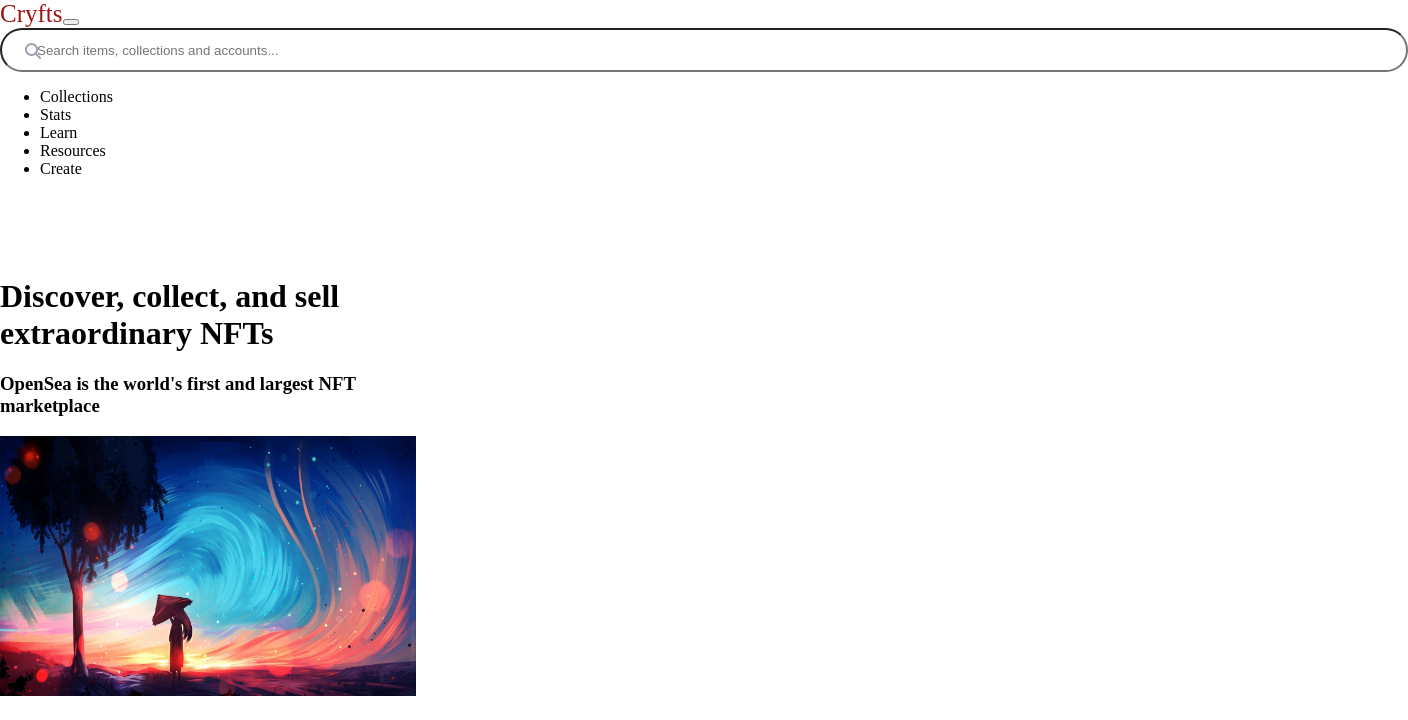
Repository: Huzaifa-2609/opensea_project
Page: /
These files come from the project's save history. The page is drawn as it stood at one moment and after the next save; the edit follows.
The browser window is 1280 px wide. The page is 1408 px wide, so the pictures cover 1408 px, including what lies to the right of the window. The pictures show the whole page.
Some web libraries are served in a nearby version. The project was rebuilt for these pictures with package versions that can differ from the ones it lists, and the page was loaded fresh each time. The framework's server and built-in components were replaced by stand-ins that run in the browser. Also part of the build but not shown: next.config.js, styles/Home.module.css.

Above is the page before, as saved 2022-07-09 17:58:12.

### pages/_app.js
import Navbar from '../components/Navbar'
import '../styles/globals.css'
import Head from "next/head"
import Script from 'next/script'
import "../styles/hero.css"
function MyApp({ Component, pageProps }) {
  return(
    <>
    <Script src="https://kit.fontawesome.com/30bda3e318.js" crossorigin="anonymous"></Script>
    <Script src="https://cdn.jsdelivr.net/npm/bootstrap@5.2.0-beta1/dist/js/bootstrap.bundle.min.js" integrity="sha384-pprn3073KE6tl6bjs2QrFaJGz5/SUsLqktiwsUTF55Jfv3qYSDhgCecCxMW52nD2" crossOrigin="anonymous"></Script>
    <Navbar title={"Cryfts"}/>
  <Component {...pageProps} />
  </>
  )
}

export default MyApp

### pages/_document.js
import { Html, Head, Main, NextScript } from 'next/document'

export default function Document() {
  return (
    <Html>
      <Head>
      <link href="https://cdn.jsdelivr.net/npm/bootstrap@5.2.0-beta1/dist/css/bootstrap.min.css" rel="stylesheet" integrity="sha384-0evHe/X+R7YkIZDRvuzKMRqM+OrBnVFBL6DOitfPri4tjfHxaWutUpFmBp4vmVor" crossOrigin="anonymous"/>
      </Head>
      <body>
        <Main />
        <NextScript />
      </body>
    </Html>
  )
}

### pages/index.js
import Head from 'next/head'
import Image from 'next/image'
import Hero from '../components/Hero'
import styles from '../styles/Home.module.css'

export default function Home() {
  return (
    <>
    <div>
      <Head>
        <title>Create Next App</title>
        <meta name="description" content="Generated by create next app" />
        <link rel="icon" href="/favicon.ico" />
      </Head>
         </div>
      <Hero/>
      </>
  )
}

### components/Navbar.js
import React from 'react'
import Link from 'next/link'
import { useRouter } from 'next/router'
const Navbar = (props) => {
  const location=useRouter();
  return (
    <div>
      <nav className="navbar shadow-sm fixed-top navbar-expand-lg navbar-light">
  <div className="container-fluid">
    <a className="navbar-brand text-color fw-bolder ml-2" href="/">{props.title}</a>
    <button className="navbar-toggler" type="button" data-bs-toggle="collapse" data-bs-target="#navbarSupportedContent" aria-controls="navbarSupportedContent" aria-expanded="false" aria-label="Toggle navigation">
      <span className="navbar-toggler-icon"></span>
    </button>

    <div className="collapse navbar-collapse" style={{width:"50%"}} id="navbarSupportedContent">

            <div className="row height d-flex justify-content-center align-items-center">

                <div className="form">
                  <i className="fa fa-search"></i>
                  <input type="text" className="form-control form-input" placeholder="Search items, collections and accounts..."/>
                </div>

            </div>


      <ul className="navbar-nav gap-4 m-auto mb-2 mb-lg-0 fw-bold" style={location.pathname==="/signup"?{visibility:"hidden"}:{}}>
      <li className="nav-item">
          <Link href="/collections/0x7132e1d414161A232c2027aE6C66D7914649bA66"><a className="nav-link " aria-current="page" >Collections</a></Link>
        </li>
        <li className="nav-item">
          <Link href="/"><a className="nav-link" aria-current="page" >Stats</a></Link>
        </li>
        <li className="nav-item">
          <Link href="/"><a className="nav-link " >Learn</a></Link>
        </li>

        <li className="nav-item dropdown">
          <Link href="/"><a className="nav-link dropdown-toggle pe-none"  id="navbarDropdown" role="button" data-bs-toggle="dropdown" aria-expanded="false">
            Resources
          </a></Link>
          <ul className="dropdown-menu" aria-labelledby="navbarDropdown">
            <li><Link href="/"><a className="dropdown-item" >Action</a></Link></li>
            <li><Link href="/"><a className="dropdown-item" >Another action</a></Link></li>
            <li><hr className="dropdown-divider"/></li>
            <li><Link href="/"><a className="dropdown-item" >Something else here</a></Link></li>
          </ul>
        </li>
        <li className="nav-item">
          <Link  href="/"><a className="nav-link">Create</a></Link>
        </li>
      </ul >
      {/* <form className="d-flex" role="search">
        <ul className="navbar-nav gap-3 media" style={location.pathname==="/signup"?{display:"none"}:{}}>
      <li className="nav-item float-right">
          <Link href="/login"><a className="nav-link"  >Sign in</a></Link>
    </li>
      <li className="nav-item mx-2">
    <Link href='/signup'><a className="btn btn1 btn-primary bd-color bg-color"  style={location.pathname==="/signup"?{display:"none"}:{}} type="submit">Get Started</a></Link>
    </li>
        </ul>
      </form> */}
    </div>
  </div>
</nav>
    </div>
  )
}

export default Navbar

### styles/globals.css
:root {
  --light: #9f1313;
  --dark: #8d1212;
}
html,
body {
  padding: 0;
  margin: 0;
  /* font-family: -apple-system, BlinkMacSystemFont, Segoe UI, Roboto, Oxygen,
    Ubuntu, Cantarell, Fira Sans, Droid Sans, Helvetica Neue, sans-serif; */
}

a {
  color: inherit;
  text-decoration: none;
}

* {
  box-sizing: border-box;
}
@media all and (min-width: 992px) {
  .navbar .nav-item .dropdown-menu{ display: none; }
  .navbar .nav-item .nav-link{ border-bottom:3px solid white;  }
  .navbar .nav-item:hover .nav-link{ border-bottom:3px solid var(--light);  }
  .navbar .nav-item:hover .dropdown-menu{ display: block; }
  .navbar .nav-item .dropdown-menu{ margin-top:0; }


}
@media all and (max-width: 992px){
  .pic{display: none;}
  .signup-cls{   margin-top: 15% !important;}
  .signin-cls .card{border:none; box-shadow: none !important;}
  .media{display: none;}
  .empass{flex-direction: column ;}
}

nav {
  /* border-bottom:1px solid #ede4e4; */
  background-color: white;
}
.comp1{
  width: 22rem;
  border: none;

}
.comp{
  margin: 90px 0px;
}
.text-color{
  color: var(--dark);
}
.bg-color{
  background-color: var(--dark);
}
.btn1:hover{
  background-color: var(--light);
  border-color: var(--dark);

}
.bd-color{
  border-color: var(--dark);
}
.navbar-light .navbar-brand{
  color: var(--dark);
}
.navbar-light .navbar-brand:hover{
  color: var(--light);
}
.navbar-brand{
  font-size: 25px;
}
.link-hover :hover{
  color: var(--dark);
}
.form-check-label-color{
  color: var(--dark);
}
.form-outline{
  width: 75%!important;
}
.form-control:focus {
  border-color: #ced4da;
  box-shadow: none!important;
}

/* Navbar search css */
.form{
  position: relative;

}

.form .fa-search{

  position: absolute;
  top:15px;
  left: 25px;
  color: #9ca3af;

}

.form span{

  position: absolute;
  right: 17px;
  top: 13px;
  padding: 2px;
  border-left: 1px solid #d1d5db;

}

.left-pan{
  padding-left: 7px;
}

.left-pan i{

 padding-left: 10px;
}

.form-input{
  width: 220%;
  height: 44px;
  text-indent: 33px;
  border-radius: 40px;
}

.form-input:focus{

  box-shadow: none;
  border:none;
}

### styles/hero.css
/* .body{
} */
.bg{
    background-image: url("../public/nftbg.jpg") center center no-repeat;
}

### components/Hero.js
import React from "react";
import Image from "next/image";
import img from "../public/nftbg.jpg";

const Hero = () => {
  const style = {
    background: img,
    marginTop: "100px",
  };
  return (
    <>
      <div className="container d-flex justify-content-between bg " style={{ marginTop: "100px",}}>
        <div className="card mb-3 border-0 " style={{ width: "26rem"}}>
          <div className="card-body">
            <h1 className="card-title">Discover, collect, and sell extraordinary NFTs</h1>
            <h3 className="card-subtitle text-muted mt-3">
            OpenSea is the world's first and largest NFT marketplace
            </h3>
          </div>
        </div>
        <div className="card mb-3 border-0 " style={{ width: "26rem"}}>
          <Image src={img} className="card-img-top" alt="..."/>
          {/* <div className="card-body">
            <h1 className="card-title">Discover, collect, and sell extraordinary NFTs</h1>
            <h3 className="card-subtitle text-muted mt-3">
            OpenSea is the world's first and largest NFT marketplace
            </h3>
          </div> */}
        </div>
      </div>
    </>
  );
};

export default Hero;

After the next save:
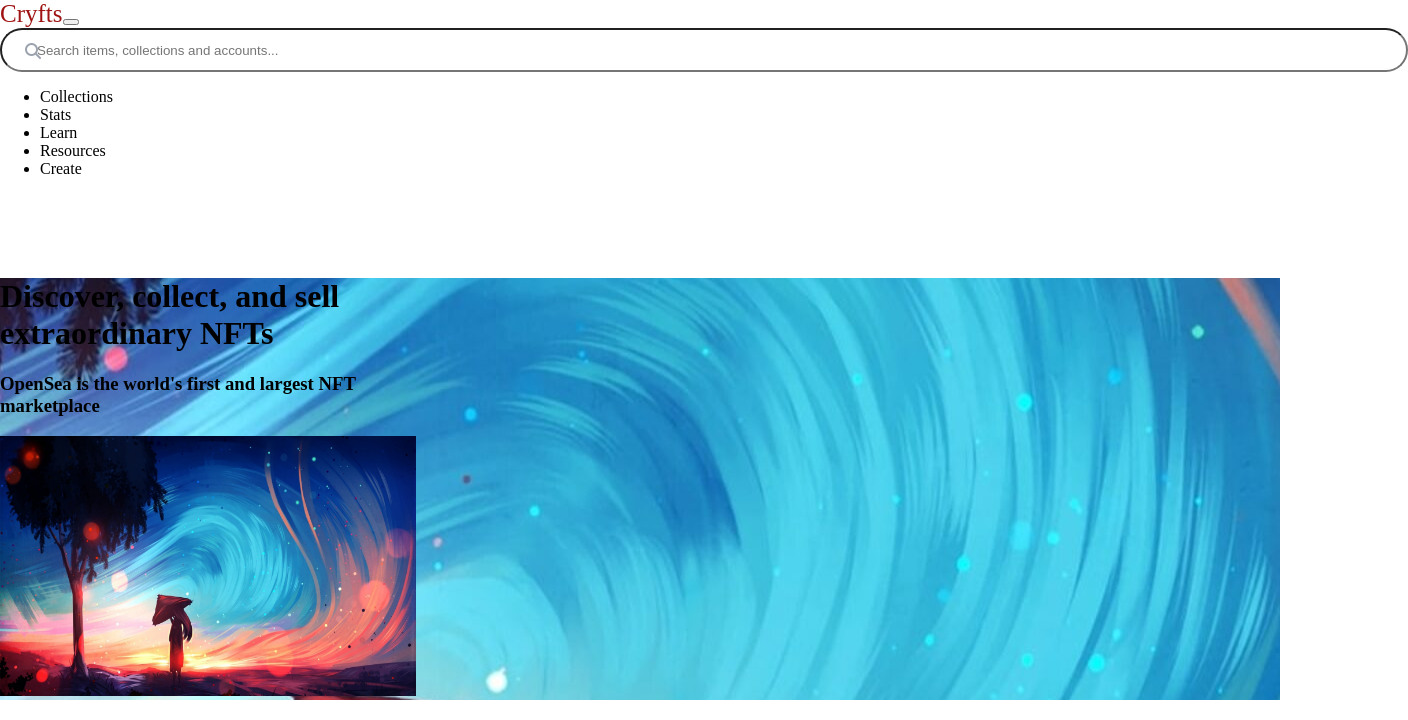
Saved 49 s later.
--- a/styles/hero.css
+++ b/styles/hero.css
@@ -1,5 +1,5 @@
 /* .body{
 } */
 .bg{
-    background-image: url("../public/nftbg.jpg") center center no-repeat;
+    background: url("../public/nftbg.jpg") center center no-repeat;
 }
